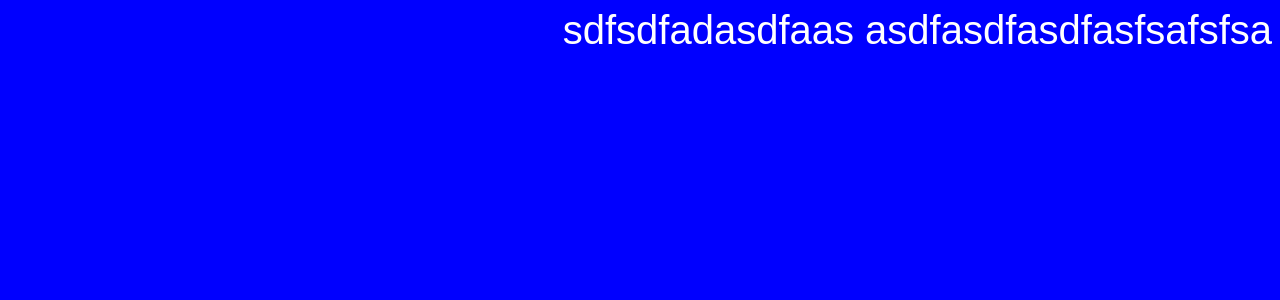
Repository: mong3270/mong3270.github.io
Page: index.html
The author's editor kept a record of every edit. The page is drawn from the files as they stood at one moment, then again after the next edit.
The browser window is 1280 px wide. The pictures show the whole page.

Above is the page before.

After the next edit:
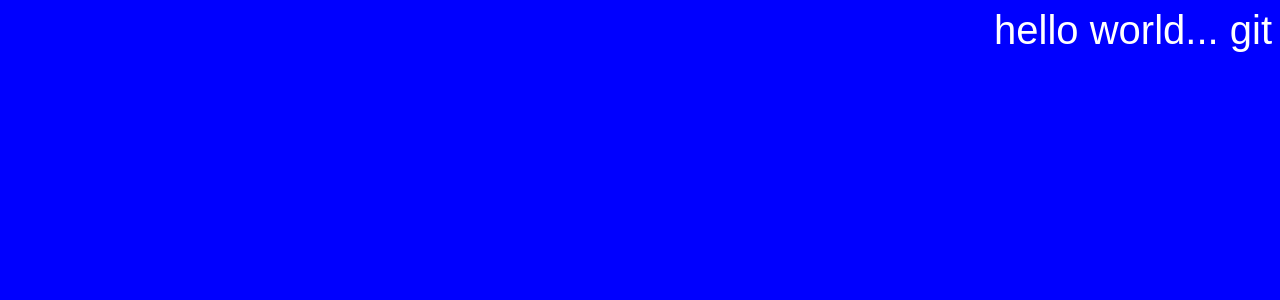
The edit:
--- a/index.html
+++ b/index.html
@@ -7,6 +7,5 @@
 	<body>
 
 		</body>
-
-	sdfsdfadasdfaas	asdfasdfasdfasfsafsfsa
-</html>
+	hello world...
+</html>git
